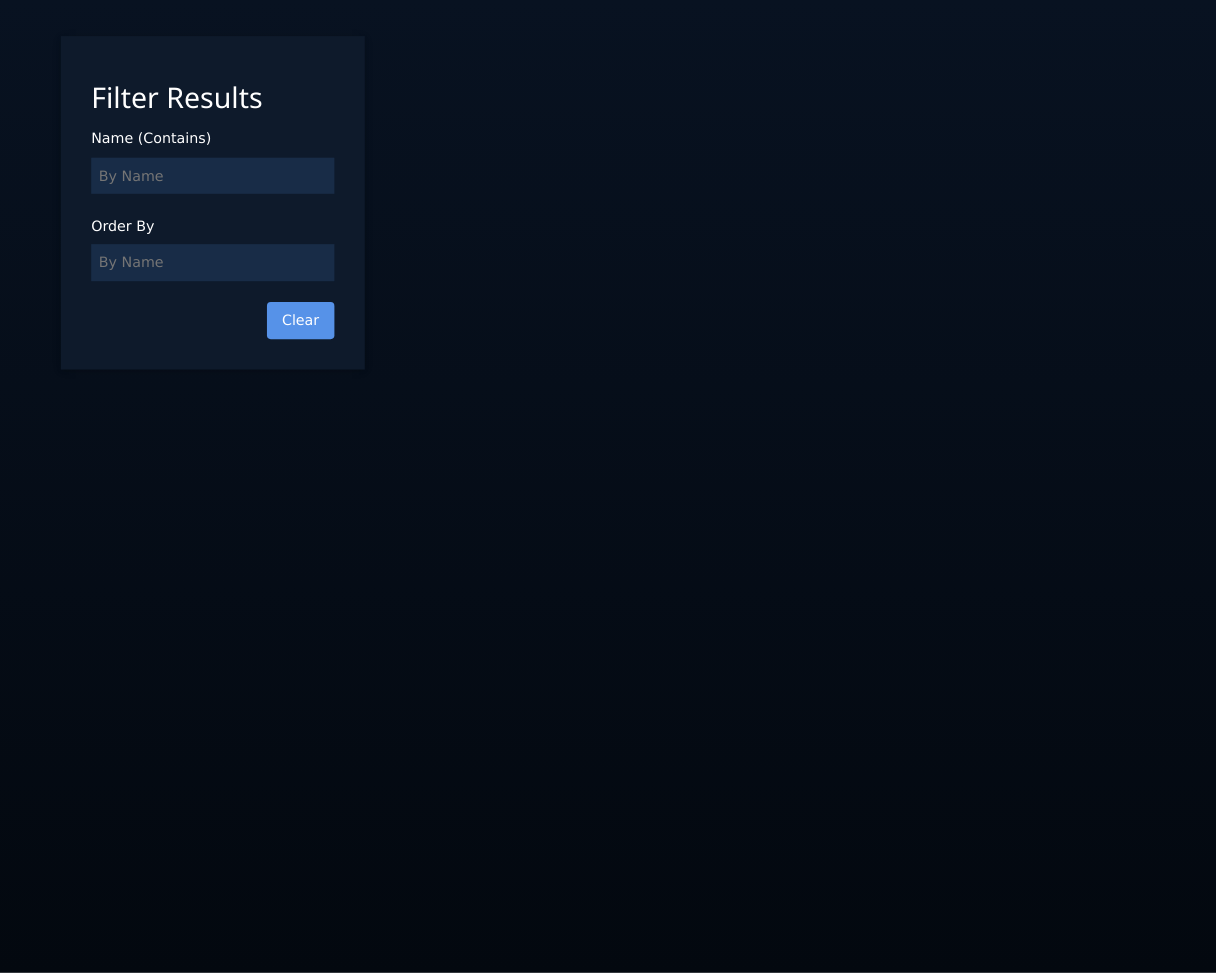
Repository: seyicoded/testestech
Page: /
These files come from the project's save history. The page is drawn as it stood at one moment and after the next save; the edit follows.
The browser window is 1280 px wide. The pictures show the whole page, at 95% of full size.
The project was rebuilt for these pictures with package versions that can differ from the ones it lists, and the page was loaded fresh each time.

Above is the page before, as saved 2022-02-07 13:59:39.

After the next save:
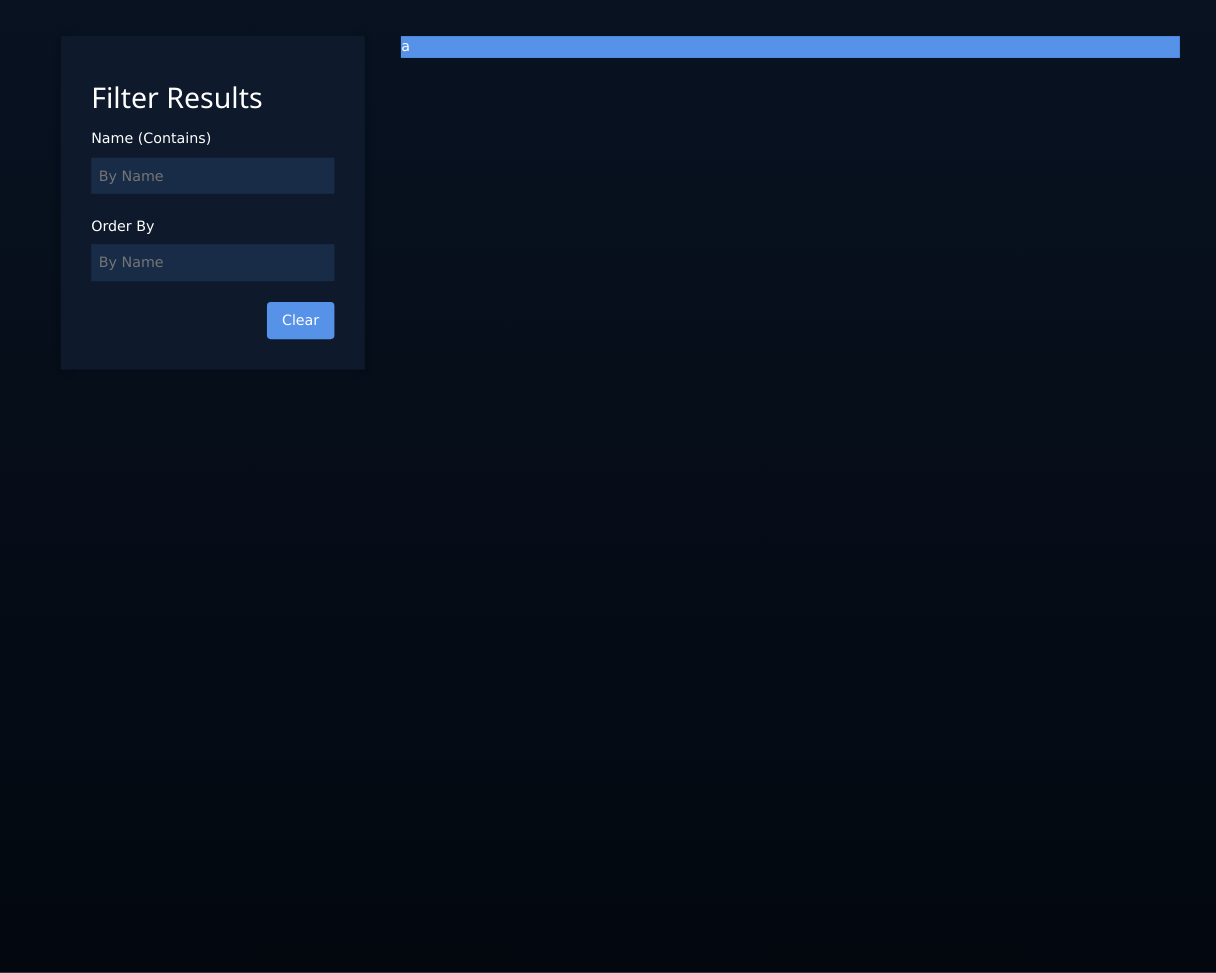
Saved 5 s later.
--- a/src/App.js
+++ b/src/App.js
@@ -39,7 +39,7 @@ function App() {
 
         <div className='right'>
             <div className='card'>
-
+              a
             </div>
         </div>
 

After the 2 saves that followed:
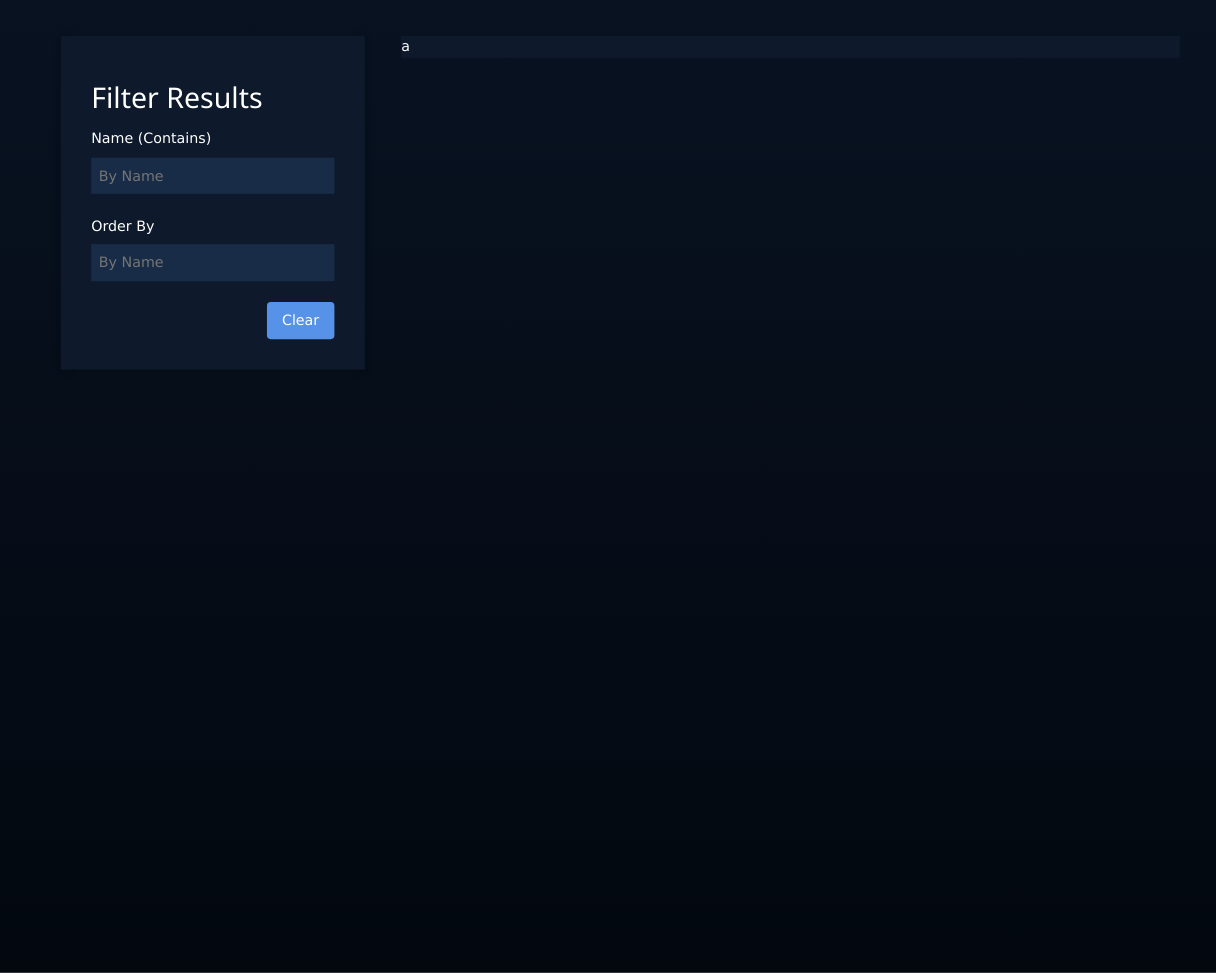
The 2 saves are shown as one change because they came seconds apart.
The last was saved 33 s later.
--- a/src/App.css
+++ b/src/App.css
@@ -96,6 +96,5 @@
 }
 
 .Container .right .card{
-
-  background: #5692e8;
+  background: #0e1a2b;
 }
